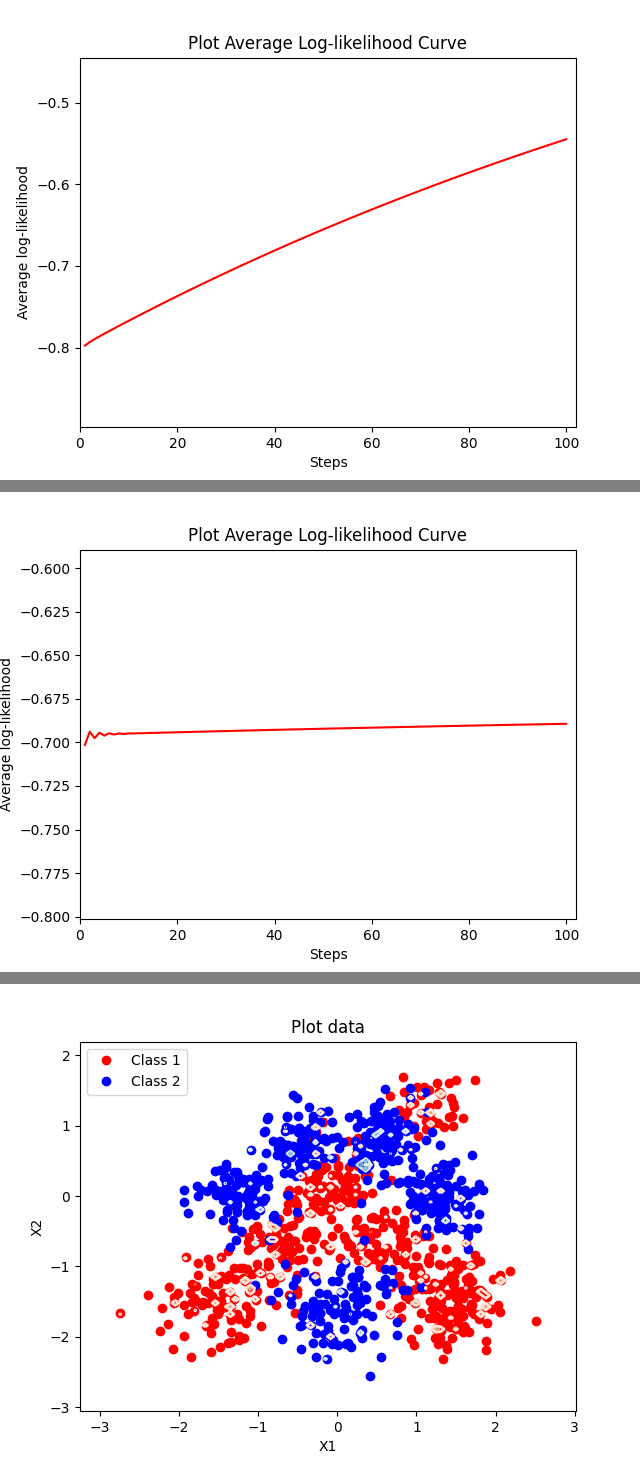
Repository: DhruvTrehan03/3F8
Script's output: python Lab.py
These files come from the project's save history. The script's output is drawn as it stood at one moment and after the next save; the edit follows.
Each picture stacks the figures in order, with grey between them; figures that are only written to a file come last. Random numbers start from a fixed seed.

Above is the script's output before, as saved 2024-02-16 12:50:32.

After the next save:
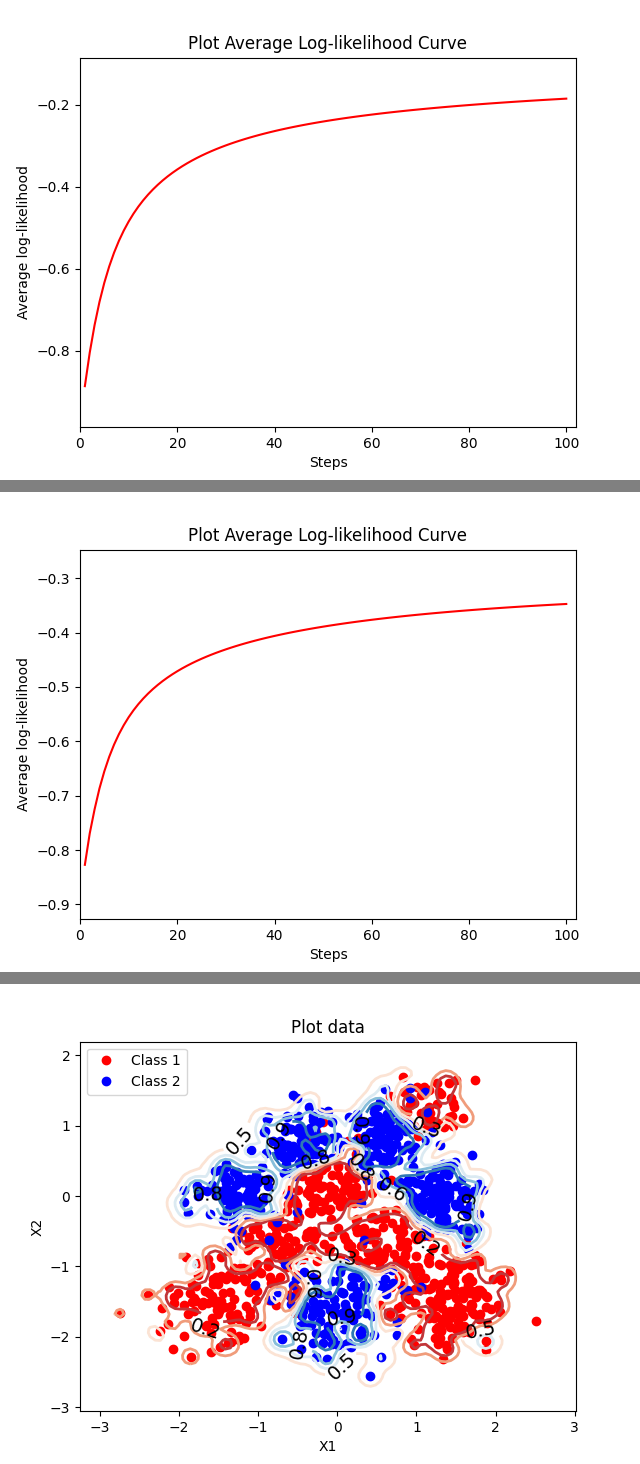
Saved 4 min 33 s later.
--- a/Lab.py
+++ b/Lab.py
@@ -124,7 +124,7 @@ y_test = y[ n_train : ]
 # plot_ll(ll_test)
 # plot_predictive_distribution(X, y, w)
 
-l = 0.01 # Width of the Gaussian basis funcction. To be completed by the student
+l = 0.1 # Width of the Gaussian basis funcction. To be completed by the student
 
 X_tilde_train = get_x_tilde(evaluate_basis_functions(l, X_train, X_train))
 X_tilde_test = get_x_tilde(evaluate_basis_functions(l, X_test, X_train))
